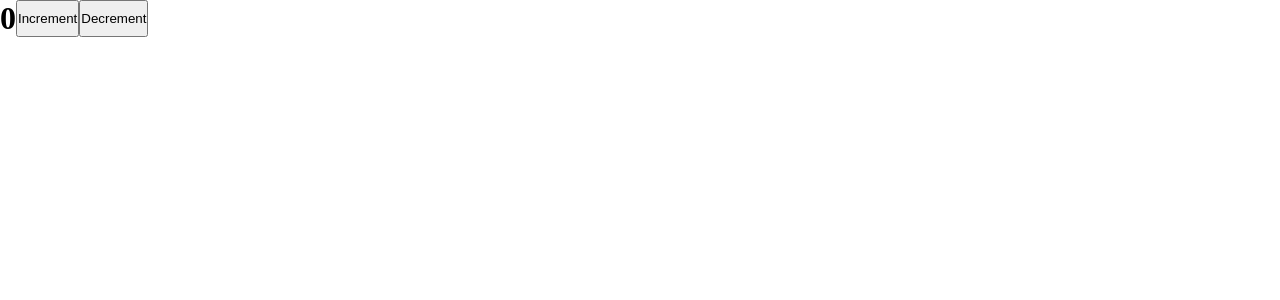
Repository: Ellisvelandia/react_introduction_test
Page: /
An editor plug-in stored every save of this project. The page is shown before and after a run of saves, followed by the edit.
The browser window is 1280 px wide. The pictures show the whole page.
The project was rebuilt for these pictures with package versions that can differ from the ones it lists, and the page was loaded fresh each time. Also part of the build but not shown: src/index.css.

Above is the page before, as saved 2022-08-15 19:31:36.

After the next 3 saves:
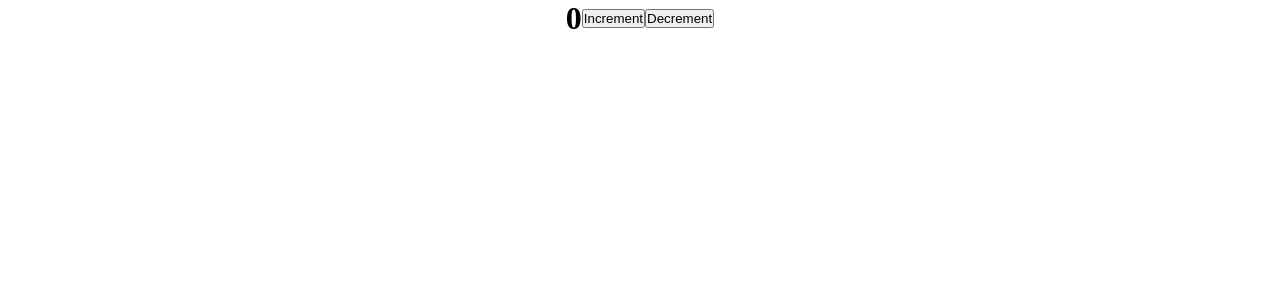
The 3 saves are shown as one change because they came seconds apart.
The last was saved 8 s later.
--- a/src/App.css
+++ b/src/App.css
@@ -5,6 +5,7 @@
 }
 
 .container {
- display: flex;
- justify-content: ;
+  display: flex;
+  justify-content: center;
+  align-items: center;
 }
